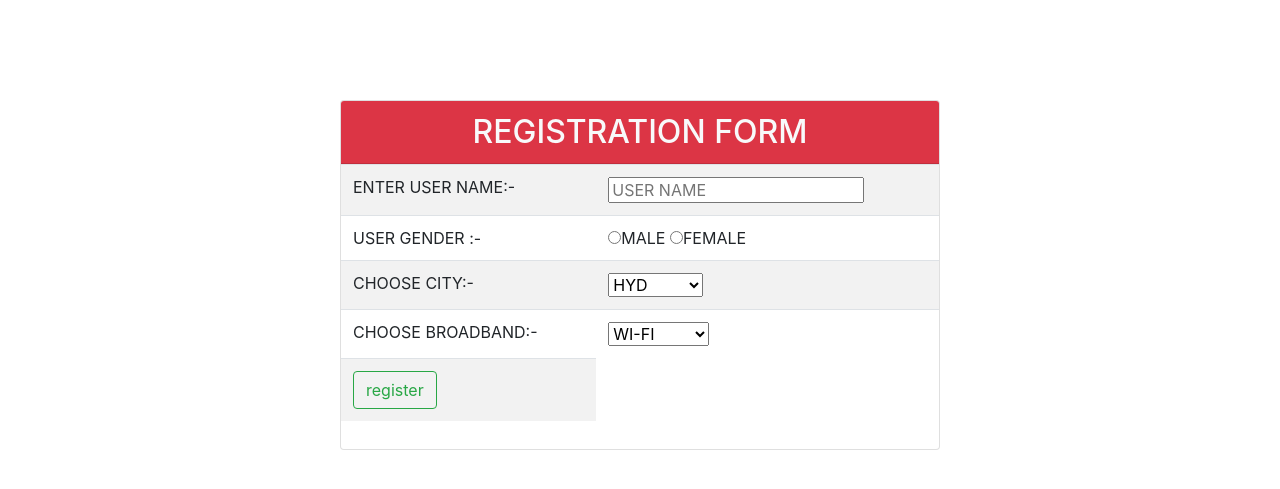
Repository: REDDI-BHARGAV/project
Page: http://localhost/PROJECT/
An editor plug-in stored every save of this project. The page is shown before and after the next save, followed by the edit.
The browser window is 1280 px wide. The pictures show the whole page.
The page is served by Tomcat 9.

Above is the page before, as saved 2022-07-26 11:44:24.

After the next save:
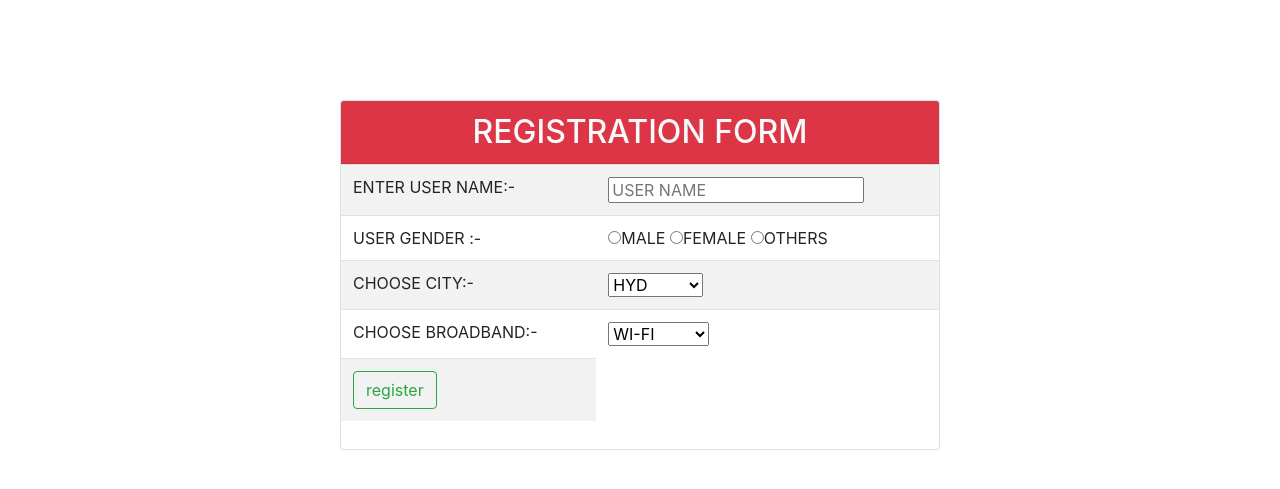
Saved 69 s later.
--- a/PROJECT/src/main/webapp/index.jsp
+++ b/PROJECT/src/main/webapp/index.jsp
@@ -30,7 +30,8 @@
 				<tr>
 					<td>USER GENDER :-</td>
 					<td><input type="radio" name="gender" value="MALE">MALE
-					<input type="radio" name="gender" value="FEMALE">FEMALE</td>
+					<input type="radio" name="gender" value="FEMALE">FEMALE
+					<input type="radio" name="gender" value="OTHERS">OTHERS</td>
 
 
 				</tr>
